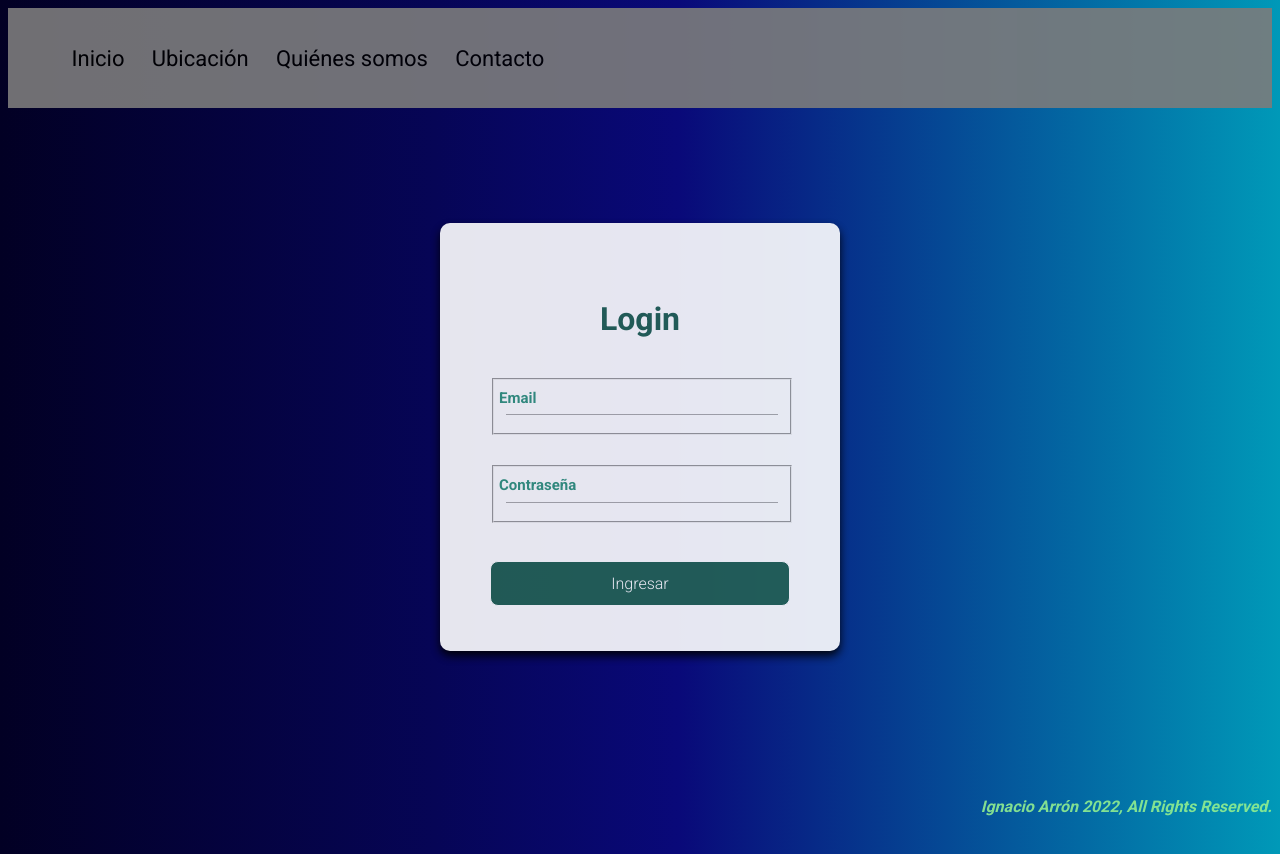
Repository: Divineridh/lppa-parcial2
Page: login.html
The author's editor kept a copy of each file at every save. The page is drawn from the files as they stood at one save, then again after the next save.
The browser window is 1280 px wide. The pictures show the whole page.

Above is the page before, as saved 2022-07-04 21:46:30.

### login.html
<!DOCTYPE html>
<html lang="en">
<head>
    <meta charset="UTF-8">
    <meta http-equiv="X-UA-Compatible" content="IE=edge">
    <meta name="viewport" content="width=device-width, initial-scale=1.0">
    <link rel="stylesheet" href="./styles/login.css">
    <link rel="stylesheet" href="./styles/style.css">
    <script src="./scripts/login.js"></script>
    <link rel="shortcut icon" href="images/favicon.ico" type="image/x-icon">
    <title>Login page</title>
</head>
<body>
    <header>
        <nav>
            <a href="#" target="_blank">Inicio</a>
            <a href="#" target="_blank">Ubicación</a>
            <a href="#" target="_blank">Quiénes somos</a>
            <a href="#" target="_blank">Contacto</a>
        </nav>
    </header>
    <form class="form">
        <h2 class="form-title">Login</h2>
        <fieldset class="form-group">
            <label class="form-label-text" for="txtEmail">Email</label>
            <input class="form-text" type="email" id="txtEmail" placeholder=" ">
            <label class="form-label-error hidden" for="txtEmail">Ingrese un email válido</label>
        </fieldset>
        <fieldset class="form-group">
            <label class="form-label-text" for="txtPassword">Contraseña</label>
            <input class="form-text" type="password" id="txtPassword" placeholder=" ">
            <label class="form-label-error hidden" for="txtPassword">Ingrese una contraseña válido</label>
        </fieldset>
        <input class="form-button" type="submit" value="Ingresar" id="loginBtn">
        <label id="label-error-login" class="form-label-error" hidden></label>
    </form>
    <footer>
        <p>
            Ignacio Arrón 2022, All Rights Reserved.
        </p>
    </footer>
</body>
</html>

### styles/login.css
.form{
    background-color: var(--blanco);
    margin: 100px auto;
    width: 90%;
    max-width: 400px;
    padding: 50px;
    padding-bottom: 25px;
    border-radius: 10px;
    box-shadow: 0px 5px 10px;
    text-align: center;
}

.form-title{
    font-size: 32px;
    margin-bottom: 40px;
    font-weight: 700;
    color: var(--verdeClaro)
}

.form-container{
    margin-top: 50px;
    display:flex;
}

.form-group{
    width: 100%;
    position: relative;
    margin-bottom: 30px;
}

.form-text{
    width: 100%;
    background: none;
    margin-bottom: 8px;
    color: rgb(112, 108, 108);
    font-size: 16px;
    padding: 5px 3px;
    border:none;
    outline:none;
    border-bottom: 1px solid rgb(87, 87, 87, 0.49);
    font-family: 'Roboto', sans-serif;
}

.form-text:focus + .form-lblTxt, .form-txt:not(:placeholder-shown) + .form-lblTxt{
    transform: translateY(-13px) scale(0.9);
    transform-origin: left top;
}

.form-label-text{
    color: var(--verdeAgua);
    position:absolute;
    font-size: 15px;
    top:0;
    left:5px;
    font-weight: bold;
    transform: translateY(9px);
    transform-origin: left bottom;
    transition: transform .5s;
}

.form-label-error{
    width: 100%;
    color:rgb(255, 0, 0);
    text-align: center;
}

.form-img{
    width: 20%;
    height: 20%;
}

.form-button{
    width: 100%;
    background-color: var(--verdeClaro);
    color:var(--blanco);
    font-family: 'Roboto', sans-serif;
    font-weight: 300;
    font-size: 16px;
    padding: 12px 0px;
    border: 1px solid;
    border-radius: 8px;
    cursor: pointer;
    transition: background-color .3s;
    margin-top: 8px;
    margin-bottom: 20px;
}

.form-button:hover{
    color: var(--verdeClaro);
    background-color: var(--blanco);
}

### styles/style.css
@import url('https://fonts.googleapis.com/css2?family=Roboto:wght@300;400;700&display=swap');

*{
    box-sizing: border-box;
    --azul: rgb(56, 102, 242);
    --blanco: rgb(255, 255, 255);
    --gris: rgb(221, 221, 221);
    --negro: rgb(0, 0, 0);
    --verdeOscuro: rgb(15, 54, 45);
    --verdeClaro: rgb(36, 99, 85);
    --verdeAgua: rgb(54, 150, 129);
    --verdeHeader: rgb(17, 96, 0);
}

body{
    font-family: 'Roboto', sans-serif;
    opacity: 0.9;
    background: rgb(2,0,36);
    background: linear-gradient(90deg, rgba(2,0,36,1) 0%, rgba(6,5,86,1) 34%, rgba(9,9,121,1) 53%, rgba(0,153,184,1) 100%);
    background-position: 0 0,40px 40px;
    display:flex;
    flex-direction: column;
}

header{
    width: 100%;
    height: 100px;
    padding: 0px 50px;
    margin-bottom: 15px;
    display: flex;
    justify-content: space-between;
    align-items: center;
    background-color: #7c7c7c
}

header h1{
    font-weight: 700;
    font-size: 40px;
    color:var(--blanco);
}

header nav{
    display:inherit;
    justify-content: space-around;
    width: 500px;
}

header nav a{
    text-decoration: none;
    font-weight: 400;
    font-size: 22px;
    color:var(--negro);
}

header nav i{
    font-size: 22px;
}

header nav a:hover, i:hover{
    color: var(--blanco);
    cursor: pointer;
}

footer{
    width: 100%;
    height: 50px;
    display: flex;
    justify-content: right;
    align-items: bottom;
    margin-top: 30px;
    margin-bottom: 15px;
}

footer p{
    color: lightgreen;
    font-weight: 700;
    font-style: oblique;
    text-align: center;
}

.hidden{
    display:none;
}

### scripts/login.js
window.onload = function() {
    SessionCheck();
    GetElements();
    HideLabels();
    submit.onclick = (e) => {
        e.preventDefault();
        if (FieldValidations()) {
            errorLogin.classList.toggle("hidden", true);
            Request();
        }
    }
}

function SessionCheck() {
    if (localStorage.logged == "true") {
        location = "./dashboard.html";
    }
}

function GetElements() {
    email = document.getElementById("txtEmail");
    password = document.getElementById("txtPassword");
    submit = document.getElementById("loginBtn")
    errorLogin = document.getElementById("label-error-login")
}

function Login(data) {
    if (data.error == false) {
        localStorage.logged = "true";
    }
}

function FieldValidations() {
    validate = true;
    if (password.value.length < 7) {
        pass.labels[1].classList.toggle("hidden", false);
        validate = false;
    }
    if (!email.value.match(/[a-z0-9]+@[a-z]+\.[a-z]{2,3}/)) {
        email.labels[1].classList.toggle("hidden", false);
        validate = false;
    }
    return validate;
}

function HideLabels() {
    email.onfocus = () => {
        email.labels[1].classList.toggle("hidden", true);
        errorLogin.classList.toggle("hidden", true);
    }
    password.onfocus = () => {
        password.labels[1].classList.toggle("hidden", true);
        errorLogin.classList.toggle("hidden", true);
    }
}

function Request() {
    fetch("https://basic-server-one.vercel.app/login", {
        method: "POST",
        headers: { "Content-Type": "application/json"},
        body: JSON.stringify({
        email: email.value,
        password: password.value
        })
    })
        .then(response => response.json())
        .then(data => Login(data))
        .catch(error => console.log(error))
}

After the next save:
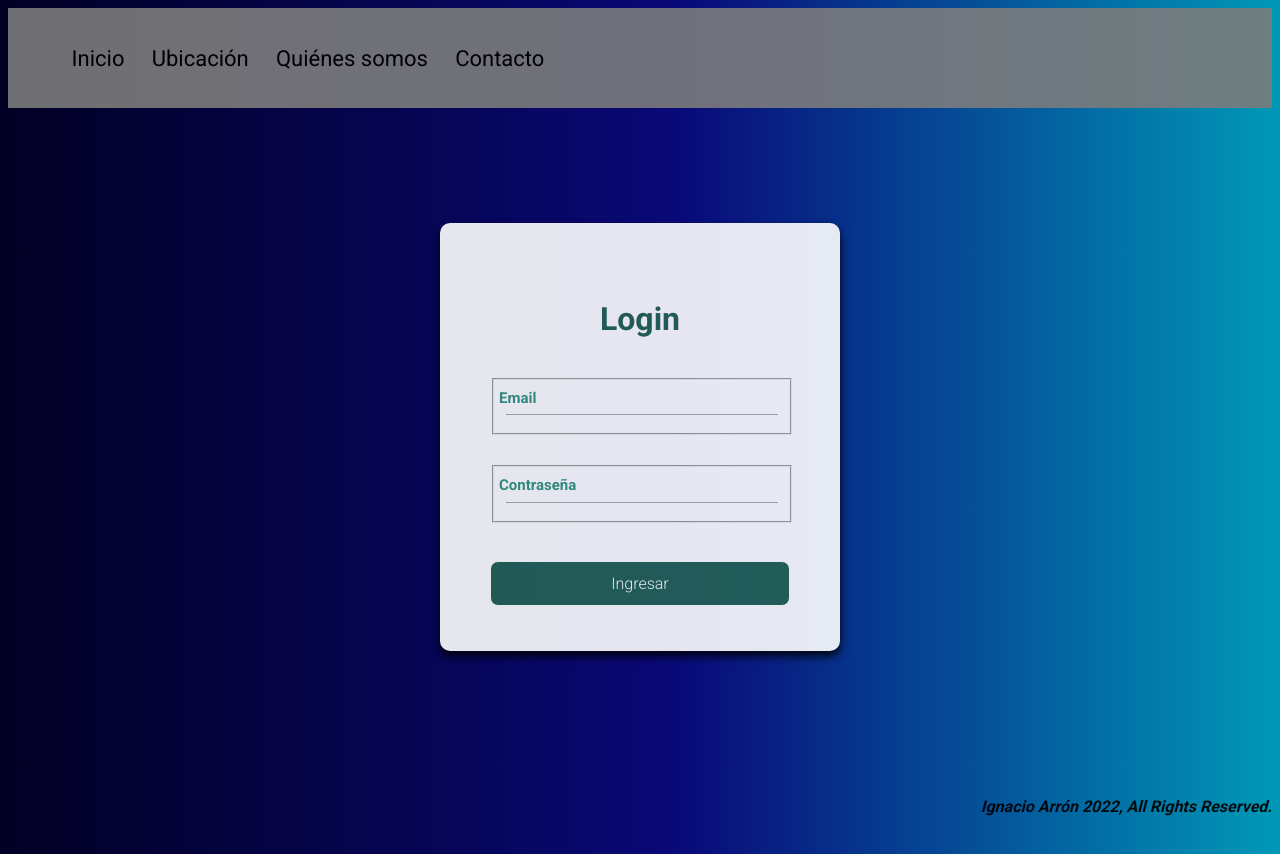
Saved 93 s later.
--- a/styles/style.css
+++ b/styles/style.css
@@ -72,7 +72,7 @@ footer{
 }
 
 footer p{
-    color: lightgreen;
+    color: rgb(0, 0, 0);
     font-weight: 700;
     font-style: oblique;
     text-align: center;
